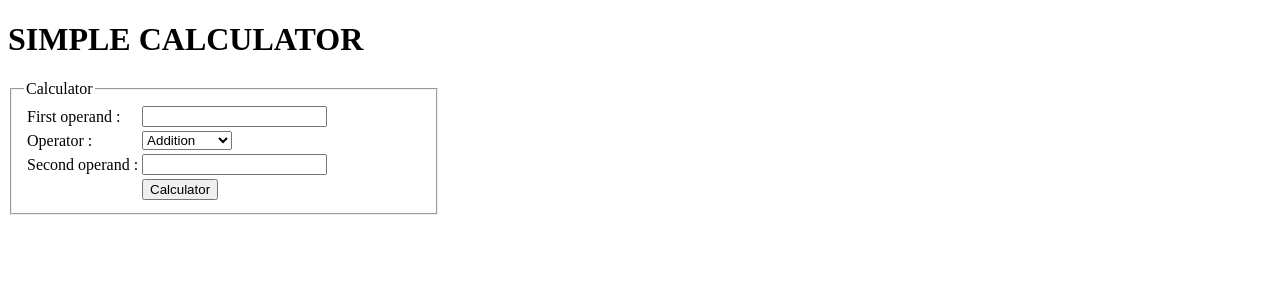
Repository: NGUYEN112/Module2
Page: http://localhost/
The author's editor kept a copy of each file at every save. The page is drawn from the files as they stood at one save, then again after the next save.
The browser window is 1280 px wide. The pictures show the whole page.
The page is run by PHP 8.4 with error messages shown; the project is at /var/www/html/.

Above is the page before, as saved 2021-01-18 14:05:48.

### bai8-calculator/index.php
<!DOCTYPE html>
<html lang="en">

<head>
    <meta charset="UTF-8">
    <meta name="viewport" content="width=device-width, initial-scale=1.0">
    <title>Document</title>
</head>

<body>
    <h1>SIMPLE CALCULATOR</h1>
    <form method="post">
        <fieldset style="width: 400px;">
            <legend>Calculator</legend>
            <table>
                <div>
                    <tr>
                        <td>First operand :</td>
                        <td><input type="number" name="operand"></td>
                    </tr>
                    <tr>
                        <td>Operator :</td>
                        <td><select name="operator">
                                <option value="addition">Addition</option>
                                <option value="subtraction">Subtraction</option>
                                <option value="multiple">Multiple</option>
                                <option value="dimession">Dimession</option>
                            </select></td>
                    </tr>
                    <tr>
                        <td>Second operand :</td>
                        <td><input type="number" name="operand2"></td>
                    </tr>
                    <tr>
                        <td></td>
                        <td><input type="submit" value="Calculator"></td>
                    </tr>
                </div>
            </table>
    </form>
    </fieldset>
    <?php
    if ($_SERVER["REQUEST_METHOD"] === "POST") {
        $operand = $_POST['operand'];
        $operator = $_POST['operator'];
        $operand2 = $_POST['operand2'];

        function calculator($operand, $operator, $operand2,)
        {
            $result = 0;
            switch ($operator) {
                case "addition":
                    $result =  $operand + $operand2;
                    break;
                case "subtraction":
                    $result =  $operand - $operand2;
                    break;
                case "multiple":
                    $result =  $operand * $operand2;
                    break;
                case "dimession":
                    $result =  $operand / $operand2;
                    break;
                default:
                    "không thực hiện được";
            }
            return $result;
        }
        $result = calculator($operand, $operator, $operand2);
        echo "Result : " . $result;
    }
    ?>
</body>

</html>

After the next save:
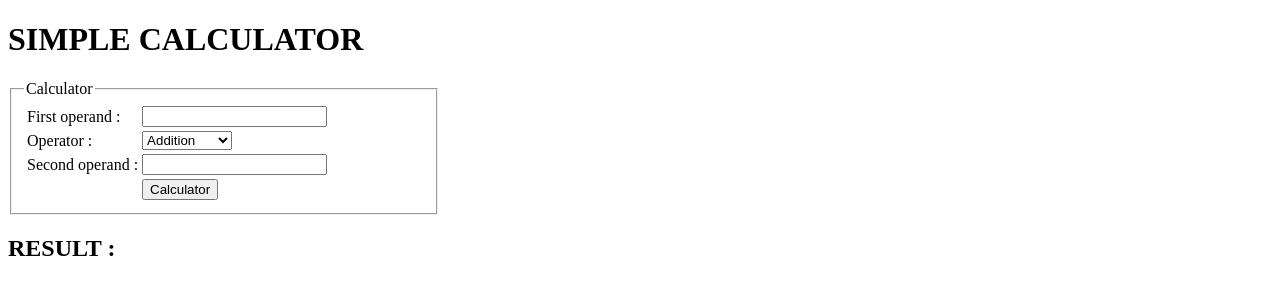
Saved 49 s later.
--- a/bai8-calculator/index.php
+++ b/bai8-calculator/index.php
@@ -39,6 +39,7 @@
             </table>
     </form>
     </fieldset>
+    <h2>RESULT :</h2>
     <?php
     if ($_SERVER["REQUEST_METHOD"] === "POST") {
         $operand = $_POST['operand'];
